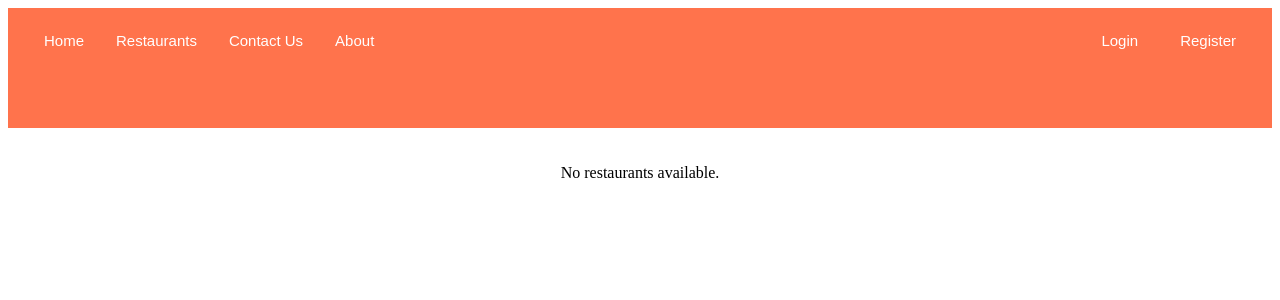
Repository: Sujith-B-S/Food-Application
Page: http://localhost/FoodApplication/home.jsp
The author's editor kept a copy of each file at every save. The page is drawn from the files as they stood at one save, then again after the next save.
The browser window is 1280 px wide. The pictures show the whole page.
The page is served by Tomcat 9.

Above is the page before, as saved 2024-11-14 17:28:26.

After the next save:
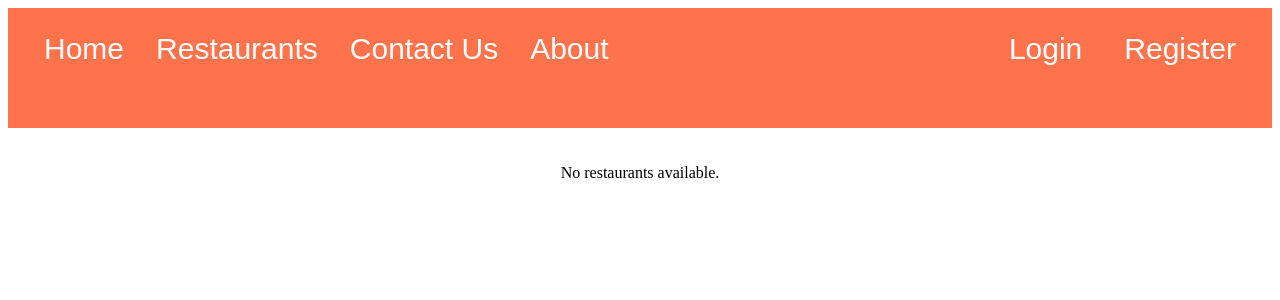
Saved 11 s later.
--- a/FoodApplication/src/main/webapp/home.jsp
+++ b/FoodApplication/src/main/webapp/home.jsp
@@ -24,7 +24,7 @@
             text-align: center;
             padding: 14px 16px;
             text-decoration: none;
-            font-size: 15px;
+            font-size: 30px;
         }
         .navbar a:hover {
             background-color: #ddd;
